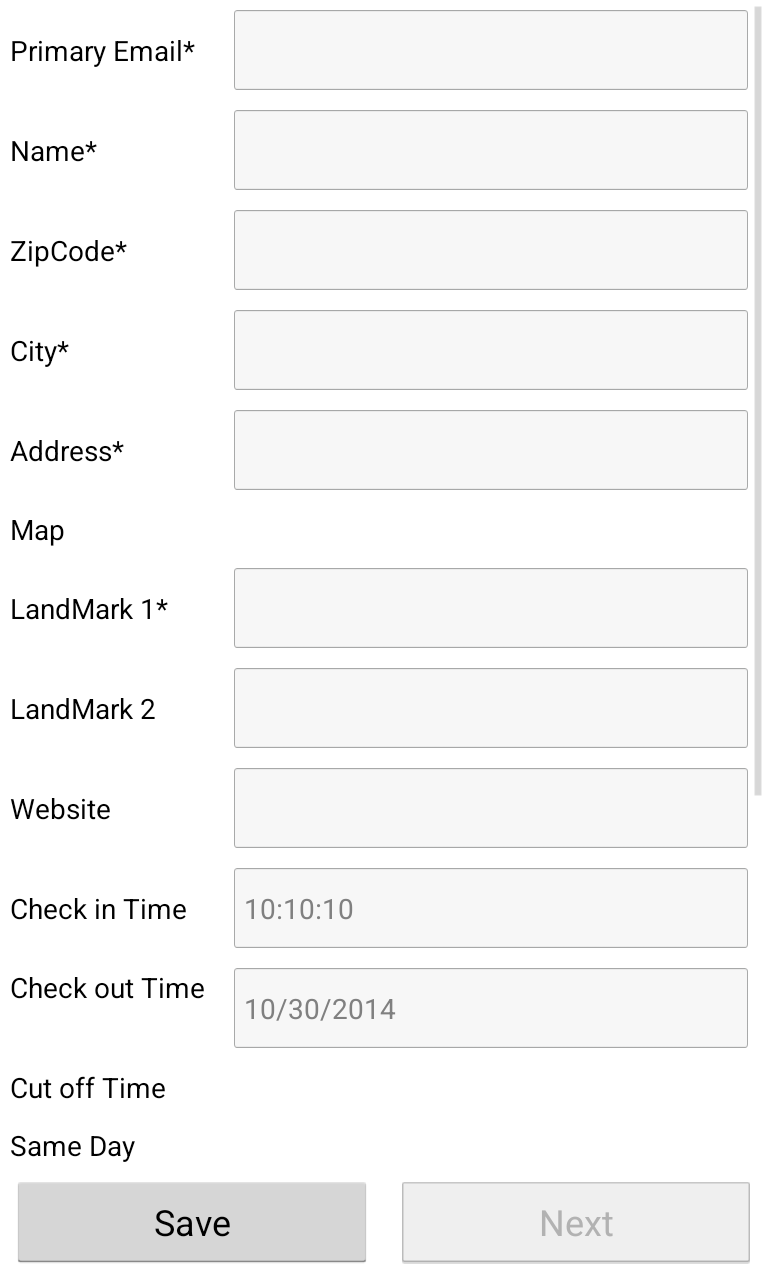
Repository: pankajk7/hotel_mockup
Layout: Hotel_MockUp/res/layout/hotel_creation_layout.xml
These files come from the project's save history. The layout is drawn as it stood at one moment and after the next save; the edit follows.
It is drawn on a 768 x 1280 px phone screen (xhdpi) without system bars, with theme AppTheme; the app's code is not run.

Above is the layout before, as saved 2014-11-05 11:36:15.

### Hotel_MockUp/res/layout/hotel_creation_layout.xml
<?xml version="1.0" encoding="utf-8"?>
<LinearLayout xmlns:android="http://schemas.android.com/apk/res/android"
    android:layout_width="fill_parent"
    android:layout_height="fill_parent"
    android:orientation="vertical" >

    <ScrollView
        android:layout_width="match_parent"
        android:layout_height="match_parent"
        android:layout_weight="1" >

        <LinearLayout
            android:layout_width="match_parent"
            android:layout_height="match_parent"
            android:orientation="vertical" >

            <LinearLayout
                android:layout_width="match_parent"
                android:layout_height="wrap_content"
                android:layout_margin="5dp"
                android:orientation="horizontal" >

                <TextView
                    android:layout_width="match_parent"
                    android:layout_height="match_parent"
                    android:layout_weight="2.5"
                    style="@style/textviewstyle"
                    android:gravity="center_vertical|left"
                    android:text="@string/primaryEmail"
                    android:textSize="14dp" />

                <EditText
                    android:id="@+id/edittext_hotel_creation_email"
                    android:layout_width="match_parent"
                    android:layout_height="40dp"
                    style="@style/edittextstyle"
                    android:layout_marginLeft="5dp"
                    android:layout_marginRight="5dp"
                    android:layout_weight="1"
                    android:inputType="textEmailAddress"
                    android:singleLine="true" />
            </LinearLayout>

            <LinearLayout
                android:layout_width="match_parent"
                android:layout_height="wrap_content"
                android:layout_margin="5dp"
                android:orientation="horizontal" >

                <TextView
                    android:layout_width="match_parent"
                    android:layout_height="match_parent"
                    android:layout_weight="2.5"
                    style="@style/textviewstyle"
                    android:gravity="center_vertical|left"
                    android:text="@string/name" />

                <EditText
                    android:id="@+id/edittext_hotel_creation_name"
                    android:layout_width="match_parent"
                   android:layout_height="40dp"
                    style="@style/edittextstyle"
                    android:layout_marginLeft="5dp"
                    android:layout_marginRight="5dp"
                    android:inputType="textPersonName"
                    android:layout_weight="1" />
            </LinearLayout>

            <LinearLayout
                android:layout_width="match_parent"
                android:layout_height="wrap_content"
                android:layout_margin="5dp"
                android:orientation="horizontal" >

                <TextView
                    android:layout_width="match_parent"
                    android:layout_height="match_parent"
                    android:layout_weight="2.5"
                    style="@style/textviewstyle"
                    android:gravity="center_vertical|left"
                    android:text="@string/zipcode" />

                <EditText
                    android:id="@+id/edittext_hotel_creation_zipcode"
                    android:layout_width="match_parent"
                    android:layout_height="40dp"
                    style="@style/edittextstyle"
                    android:layout_marginLeft="5dp"
                    android:layout_marginRight="5dp"
                    android:maxLength="6"
                    android:layout_weight="1"
                    android:inputType="number"
                    android:singleLine="true"/>
            </LinearLayout>

            <LinearLayout
                android:layout_width="match_parent"
                android:layout_height="wrap_content"
                android:layout_margin="5dp"
                android:orientation="horizontal" >

                <TextView
                    android:layout_width="match_parent"
                    android:layout_height="match_parent"
                    android:layout_weight="2.5"
                    style="@style/textviewstyle"
                    android:gravity="center_vertical|left"
                    android:text="@string/city" />

                <EditText
                    android:id="@+id/edittext_hotel_creation_city"
                    android:layout_width="match_parent"
                    android:layout_height="40dp"
                    style="@style/edittextstyle"
                    android:layout_marginLeft="5dp"
                    android:layout_marginRight="5dp"
                    android:layout_weight="1"
                    android:inputType="textPostalAddress"
                    android:singleLine="true" />
            </LinearLayout>

            <LinearLayout
                android:layout_width="match_parent"
                android:layout_height="wrap_content"
                style="@style/textviewstyle"
                android:layout_margin="5dp"
                android:orientation="horizontal" >

                <TextView
                    android:layout_width="match_parent"
                    android:layout_height="match_parent"
                    android:layout_weight="2.5"
                    style="@style/textviewstyle"
                    android:gravity="center_vertical|left"
                    android:text="@string/address" />

                <EditText
                    android:id="@+id/edittext_hotel_creation_address"
                    android:layout_width="match_parent"
                    android:layout_height="40dp"
                    style="@style/edittextstyle"
                    android:layout_marginLeft="5dp"
                    android:layout_marginRight="5dp"
                    android:layout_weight="1"
                    android:singleLine="true" />
            </LinearLayout>

            <LinearLayout
                android:layout_width="match_parent"
                android:layout_height="wrap_content"
                android:layout_margin="5dp"
                android:orientation="horizontal" >

                <TextView
                    android:layout_width="match_parent"
                    android:layout_height="match_parent"
                    android:layout_weight="2.5"
                    style="@style/textviewstyle"
                    android:gravity="center_vertical|left"
                    android:text="@string/map" />
            </LinearLayout>

            <LinearLayout
                android:layout_width="match_parent"
                android:layout_height="wrap_content"
                android:layout_margin="5dp"
                android:orientation="horizontal" >

                <TextView
                    android:layout_width="match_parent"
                    android:layout_height="match_parent"
                    android:layout_weight="2.5"
                    style="@style/textviewstyle"
                    android:gravity="center_vertical|left"
                    android:text="@string/landmark1" />

                <EditText
                    android:id="@+id/edittext_hotel_creation_landmark1"
                    android:layout_width="match_parent"
                    android:layout_height="40dp"
                    style="@style/edittextstyle"
                    android:layout_marginLeft="5dp"
                    android:layout_marginRight="5dp"
                    android:layout_weight="1"
                    android:singleLine="true" />
            </LinearLayout>

            <LinearLayout
                android:layout_width="match_parent"
                android:layout_height="wrap_content"
                android:layout_margin="5dp"
                android:orientation="horizontal" >

                <TextView
                    android:layout_width="match_parent"
                    android:layout_height="match_parent"
                    android:layout_weight="2.5"
                    style="@style/textviewstyle"
                    android:gravity="center_vertical|left"
                    android:text="@string/landmark2" />

                <EditText
                    android:id="@+id/edittext_hotel_creation_landmark2"
                    android:layout_width="match_parent"
                    android:layout_height="40dp"
                    style="@style/edittextstyle"
                    android:layout_marginLeft="5dp"
                    android:layout_marginRight="5dp"
                    android:layout_weight="1"
                    android:singleLine="true" />
            </LinearLayout>

            <LinearLayout
                android:layout_width="match_parent"
                android:layout_height="wrap_content"
                android:layout_margin="5dp"
                android:orientation="horizontal" >

                <TextView
                    android:layout_width="match_parent"
                    android:layout_height="match_parent"
                    android:layout_weight="2.5"
                    style="@style/textviewstyle"
                    android:gravity="center_vertical|left"
                    android:text="@string/website" />
                <EditText
                    android:id="@+id/edittext_hotel_creation_website"
                    android:layout_width="match_parent"
                    android:layout_height="40dp"
                    style="@style/edittextstyle"
                    android:layout_marginLeft="5dp"
                    android:layout_marginRight="5dp"
                    android:layout_weight="1"
                    android:singleLine="true" />
            </LinearLayout>

             <LinearLayout
                android:layout_width="match_parent"
                android:layout_height="wrap_content"
                android:layout_margin="5dp"
                android:orientation="horizontal" >

                <TextView
                   android:layout_width="match_parent"
                    android:layout_height="match_parent"
                    android:layout_weight="2.5"
                    style="@style/textviewstyle"
                    android:gravity="center_vertical|left"
                    android:text="@string/checkin" />

                <TextView
                    android:id="@+id/textview_hotel_creation_checkin"
                    android:layout_width="match_parent"
                    android:layout_height="40dp"
                    style="@style/edittextstyle"
                    android:layout_marginLeft="5dp"
                    android:layout_marginRight="5dp"
                    android:layout_weight="1"
                    android:gravity="center_vertical|left"
                    android:hint="10:10:10"
                    android:singleLine="true" />

            </LinearLayout>



            <LinearLayout
                android:layout_width="match_parent"
                android:layout_height="wrap_content"
                android:layout_margin="5dp"
                android:orientation="horizontal" >

                <TextView
                    android:layout_width="match_parent"
                    android:layout_height="match_parent"
                    android:layout_weight="2.5"
                    style="@style/textviewstyle"
                    android:text="@string/checkout" />

                <TextView
                    android:id="@+id/textview_hotel_creation_checkout"
                    android:layout_width="match_parent"
                    android:layout_height="40dp"
                    style="@style/edittextstyle"
                    android:layout_marginLeft="5dp"
                    android:layout_marginRight="5dp"
                    android:layout_weight="1"
                    android:gravity="center_vertical|left"
                    android:hint="10/30/2014"
                    android:singleLine="true" />

            </LinearLayout>

            <LinearLayout
                android:layout_width="match_parent"
                android:layout_height="wrap_content"
                android:layout_margin="5dp"
                android:orientation="horizontal" >

                <TextView
                    android:layout_width="match_parent"
                    android:layout_height="match_parent"
                    android:layout_weight="4"
                    style="@style/textviewstyle"
                    android:text="@string/cutoff" />
            </LinearLayout>

            <LinearLayout
                android:layout_width="match_parent"
                android:layout_height="wrap_content"
                android:layout_margin="5dp"
                android:orientation="horizontal" >

                <TextView
                    android:layout_width="match_parent"
                    android:layout_height="match_parent"
                    android:layout_weight="2.5"
                    style="@style/textviewstyle"
                    android:gravity="center_vertical|left"
                    android:text="@string/sameday" />

            </LinearLayout>

            <LinearLayout
                android:layout_width="match_parent"
                android:layout_height="wrap_content"
                android:layout_margin="5dp"
                android:orientation="horizontal" >

                <TextView
                    android:layout_width="match_parent"
                    android:layout_height="match_parent"
                    android:layout_weight="4"
                    style="@style/textviewstyle"
                    android:text="@string/days" />
            </LinearLayout>

            <LinearLayout
                android:layout_width="match_parent"
                android:layout_height="wrap_content"
                android:layout_margin="5dp"
                android:orientation="horizontal" >

                <TextView
                    android:layout_width="match_parent"
                    android:layout_height="match_parent"
                    android:layout_weight="2.5"
                    style="@style/textviewstyle"
                    android:gravity="center_vertical|left"
                    android:text="@string/totalroom" />
                <EditText
                    android:id="@+id/edittext_hotel_creation_totalroom"
                    android:layout_width="match_parent"
                    android:layout_height="40dp"
                    style="@style/edittextstyle"
                    android:layout_marginLeft="5dp"
                    android:layout_marginRight="5dp"
                    android:layout_weight="1"
                    android:singleLine="true" />
            </LinearLayout>

            <LinearLayout
                android:layout_width="match_parent"
                android:layout_height="wrap_content"
                android:layout_margin="5dp"
                android:orientation="horizontal" >

                <TextView
                     android:layout_width="match_parent"
                    android:layout_height="match_parent"
                    android:layout_weight="2.5"
                    style="@style/textviewstyle"
                    android:gravity="center_vertical|left"
                    android:text="@string/facilities" />
            </LinearLayout>

            <LinearLayout
                android:layout_width="match_parent"
                android:layout_height="wrap_content"
                android:layout_margin="5dp"
                android:orientation="horizontal" >

                <TextView
                    android:layout_width="match_parent"
                    android:layout_height="match_parent"
                    android:layout_weight="2.5"
                    style="@style/textviewstyle"
                    android:gravity="center_vertical|left"
                    android:text="@string/Description" />
                <EditText
                    android:id="@+id/edittext_hotel_creation_description"
                    android:layout_width="match_parent"
                    android:layout_height="40dp"
                    style="@style/edittextstyle"
                    android:layout_marginLeft="5dp"
                    android:layout_marginRight="5dp"
                    android:layout_weight="1"
                    android:singleLine="true" />
            </LinearLayout>

            <LinearLayout
                android:layout_width="match_parent"
                android:layout_height="wrap_content"
                android:layout_margin="5dp"
                android:orientation="horizontal" >

                <TextView
                    android:layout_width="match_parent"
                    android:layout_height="match_parent"
                    android:layout_weight="2.5"
                    style="@style/textviewstyle"
                    android:gravity="center_vertical|left"
                    android:text="@string/twitterlink" />
                <EditText
                    android:id="@+id/edittext_hotel_creation_twitter"
                    android:layout_width="match_parent"
                    android:layout_height="40dp"
                    style="@style/edittextstyle"
                    android:layout_marginLeft="5dp"
                    android:layout_marginRight="5dp"
                    android:layout_weight="1"
                    android:singleLine="true" />
            </LinearLayout>

            <LinearLayout
                android:layout_width="match_parent"
                android:layout_height="wrap_content"
                android:layout_margin="5dp"
                android:orientation="horizontal" >

                <TextView
                    android:layout_width="match_parent"
                    android:layout_height="match_parent"
                    android:layout_weight="2.5"
                    style="@style/textviewstyle"
                    android:gravity="center_vertical|left"
                    android:text="@string/facebooklink" />
                <EditText
                    android:id="@+id/edittext_hotel_creation_facebook"
                    android:layout_width="match_parent"
                    android:layout_height="40dp"
                    style="@style/edittextstyle"
                    android:layout_marginLeft="5dp"
                    android:layout_marginRight="5dp"
                    android:layout_weight="1"
                    android:singleLine="true" />
            </LinearLayout>
        </LinearLayout>
    </ScrollView>

    <LinearLayout
        android:layout_width="match_parent"
        android:layout_height="wrap_content"
        android:layout_weight="0"
        android:gravity="center"
        android:orientation="horizontal">
        <Button
            android:id="@+id/button_hotel_cration_save"
            android:layout_width="match_parent"
            android:layout_height="match_parent"
            android:layout_weight="1"
            android:layout_margin="5dp"
            android:text="Save"/>
        <Button
            android:id="@+id/button_hotel_cration_next"
            android:layout_width="match_parent"
            android:layout_height="match_parent"
            android:layout_weight="1"
            android:layout_margin="5dp"
            android:text="Next"
            android:enabled="false"/>
    </LinearLayout>

</LinearLayout>

### Hotel_MockUp/res/values/styles.xml
<resources xmlns:android="http://schemas.android.com/apk/res/android">

    <!--
        Base application theme, dependent on API level. This theme is replaced
        by AppBaseTheme from res/values-vXX/styles.xml on newer devices.
    -->
    <style name="AppBaseTheme" parent="@android:style/Theme.Holo.Light">
        <!--
            Theme customizations available in newer API levels can go in
            res/values-vXX/styles.xml, while customizations related to
            backward-compatibility can go here.
        -->
    </style>

    <!-- Application theme. -->
    <style name="AppTheme" parent="@android:style/Theme.Holo.Light">
        <!-- All customizations that are NOT specific to a particular API-level can go here. -->
    </style>

    <style name="edittextstyle" parent="AppBaseTheme">
        <item name="android:background">@drawable/edittext_background</item>
        <item name="android:textColor">#000</item>
        <item name="android:padding">5dp</item>
    </style>

    <style name="textviewstyle" parent="AppBaseTheme">
        <item name="android:textColor">#000</item>
    </style>

</resources>

### Hotel_MockUp/res/values/strings.xml
<?xml version="1.0" encoding="utf-8"?>
<resources>

    <string name="app_name">Hotel MockUp</string>
    <string name="hello_world">Hello world!</string>
    <string name="title_activity_base">BaseActivity</string>
    <string name="steps">Steps %1$d of 4</string>
    <string name="primaryEmail">Primary Email*</string>
    <string name="name">Name*</string>
    <string name="zipcode">ZipCode*</string>
    <string name="city">City*</string>
    <string name="address">Address*</string>
    <string name="map">Map</string>
    <string name="landmark1">LandMark 1*</string>
    <string name="landmark2">LandMark 2</string>
    <string name="website">Website</string>
    <string name="checkin">Check in Time</string>
    <string name="checkout">Check out Time</string>
    <string name="cutoff">Cut off Time</string>
    <string name="sameday">Same Day</string>
    <string name="days">Days</string>
    <string name="totalroom">Total no. of rooms</string>
    <string name="facilities">Select Facilities</string>
    <string name="Description">Description</string>
    <string name="twitterlink">Twitter Link</string>
    <string name="facebooklink">Facebook Link</string>
    <string name="title_activity_information">InformationActivity</string>
    <string name="primary_contact_information">Primary Contact Information</string>
    <string name="primary_landline">Landline No.</string>
    <string name="primary_mobile">Mobile No.</string>
    <string name="primary_email">Email</string>
    <string name="billing_landline">LandLine No.</string>
    <string name="billing_mobile">Mobile No.</string>
    <string name="billing_email">mobile</string>
    <string name="owner_landline">LandLine No.</string>
    <string name="owner_mobile">Mobile No.</string>
    <string name="owner_email">mobile</string>
    <string name="billing_contact_information">Billing Contact Information</string>
    <string name="owner_contact_information">Owner Contact Information</string>
    <string name="title_activity_image">ImageActivity</string>
    <string name="title_activity_cancellation_policy">CancellationPolicyActivity</string>

    <string-array name="Days">
        <item>Day of arrival (Check in time)</item>
        <item>day 1</item>
        <item>day 2</item>
        <item>day 3</item>
        <item>day 7</item>
        <item>day 14</item>
    </string-array>
    <string-array name="Condition">
        <item>of the first night</item>
        <item>of the full stay</item>
    </string-array>

    <string name="condition_prompt">Select Days</string>

    <string name="title_activity_login">LoginActivity</string>

</resources>

### Hotel_MockUp/res/values-v11/styles.xml
<resources>

    <!--
        Base application theme for API 11+. This theme completely replaces
        AppBaseTheme from res/values/styles.xml on API 11+ devices.
    -->
    <style name="AppBaseTheme" parent="">
        <!-- API 11 theme customizations can go here. -->
    </style>

</resources>

### Hotel_MockUp/res/values-v14/styles.xml
<resources>

    <!--
        Base application theme for API 14+. This theme completely replaces
        AppBaseTheme from BOTH res/values/styles.xml and
        res/values-v11/styles.xml on API 14+ devices.
    -->
    <style name="AppBaseTheme" parent="">
        <!-- API 14 theme customizations can go here. -->
    </style>

</resources>

After the next save:
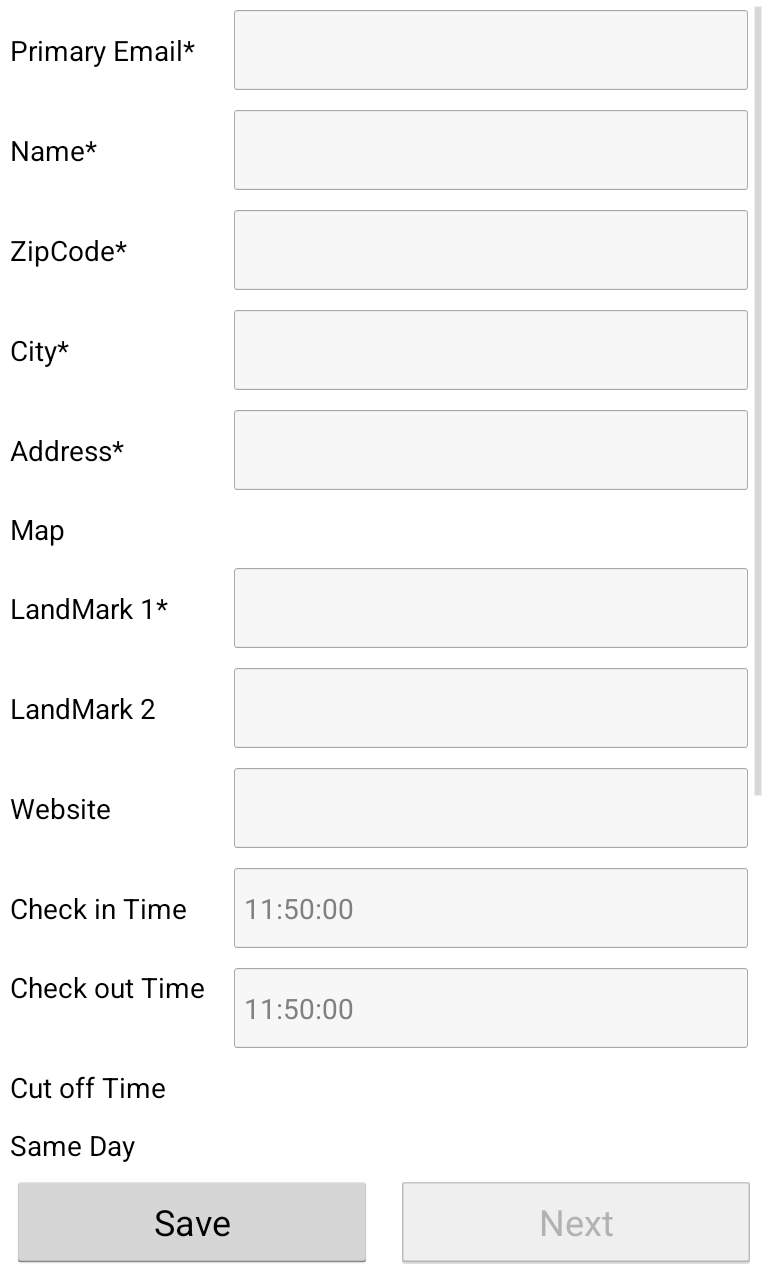
Saved 33 s later.
--- a/Hotel_MockUp/res/layout/hotel_creation_layout.xml
+++ b/Hotel_MockUp/res/layout/hotel_creation_layout.xml
@@ -257,7 +257,7 @@
                     android:layout_marginRight="5dp"
                     android:layout_weight="1"
                     android:gravity="center_vertical|left"
-                    android:hint="10:10:10"
+                    android:hint="11:50:00"
                     android:singleLine="true" />
 
             </LinearLayout>
@@ -286,7 +286,7 @@
                     android:layout_marginRight="5dp"
                     android:layout_weight="1"
                     android:gravity="center_vertical|left"
-                    android:hint="10/30/2014"
+                    android:hint="11:50:00"
                     android:singleLine="true" />
 
             </LinearLayout>
